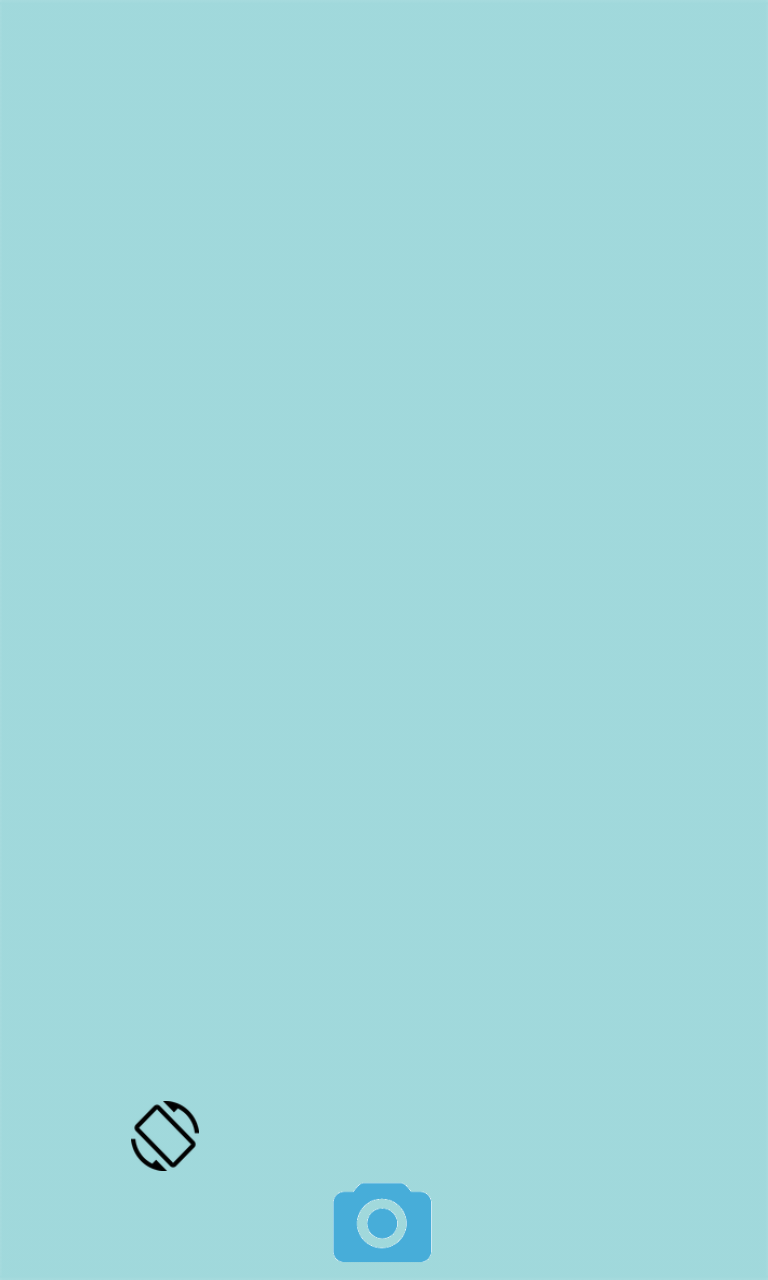
Repository: jucasoliveira/crazycameraapp
Layout: CrazyCameraCp/res/layout/activity_main.xml
These files come from the project's save history. The layout is drawn as it stood at one moment and after the next save; the edit follows.
It is drawn on a 768 x 1280 px phone screen (xhdpi) without system bars, with theme AppTheme; the app's code is not run.

Above is the layout before, as saved 2015-04-16 23:32:44.

After the next save:
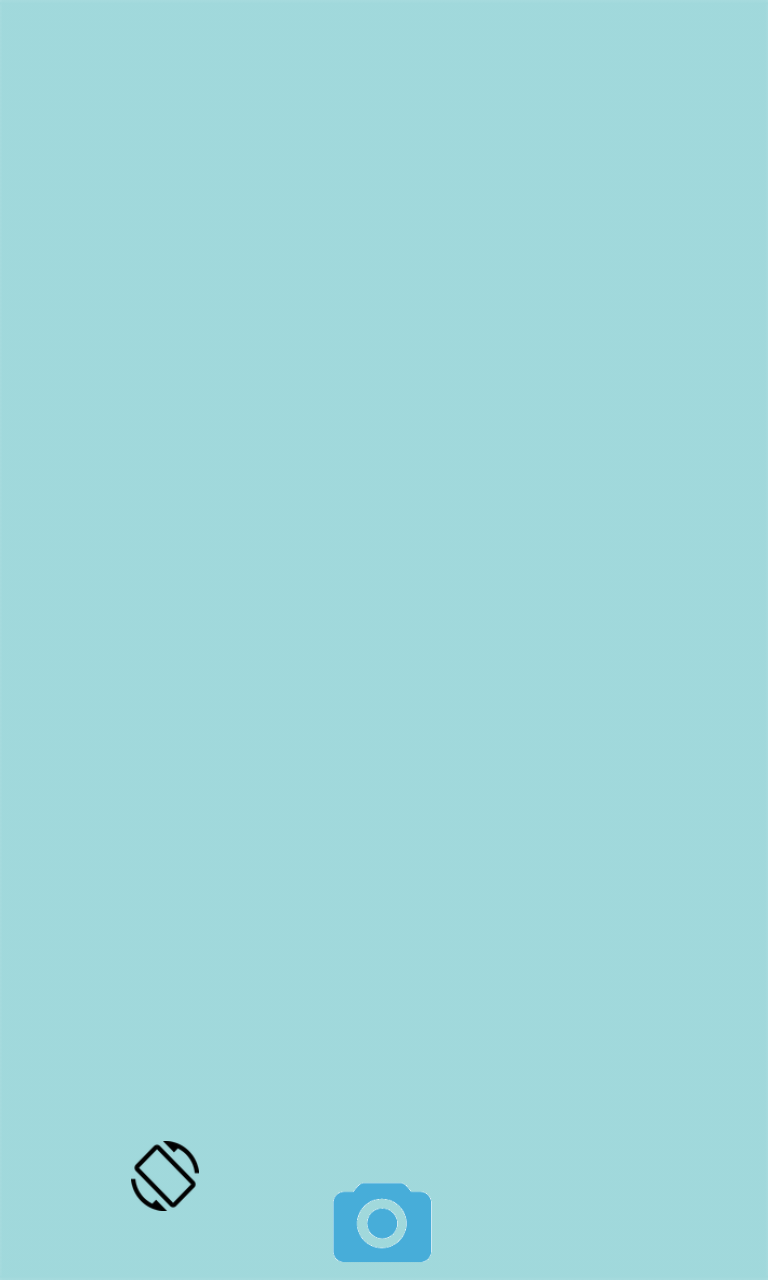
Saved 11 s later.
--- a/CrazyCameraCp/res/layout/activity_main.xml
+++ b/CrazyCameraCp/res/layout/activity_main.xml
@@ -27,7 +27,7 @@
        android:layout_height="35dp"
        android:layout_gravity="center"
        android:layout_marginLeft="-110dp"
-       android:layout_marginTop="-90dp"
+       android:layout_marginTop="-70dp"
        android:background="@drawable/icon_rotate" />
 
 </LinearLayout>
